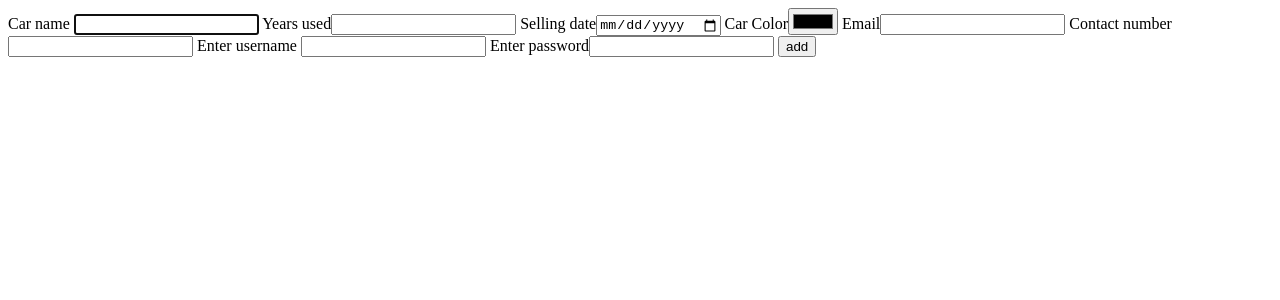
Repository: parthp17/273-Homework1
Page: Homework1/workspace/homework1/WebContent/InputTypes.html
These files come from the project's save history. The page is drawn as it stood at one moment and after a run of saves; the edit follows.
The browser window is 1280 px wide. The pictures show the whole page.

Above is the page before, as saved 2016-09-09 16:13:10.

### Homework1/workspace/homework1/WebContent/InputTypes.html
<html>
<head>

</head>
<body>
<form action="welcome.html">
	Car name
	<input type="text" name="name" id="name" autofocus>
	Years used<input type = "number" name = "yearsUsed" id = "yearsUsed">

	Selling date<input type="date" name="sellingDate" id = "sellingDate">
	 Car Color<input type="color" name="carcolor" id = "carcolor">
	 Email<input type = "email" id = "email">
	 Contact number <input type= "tel" name = "contactnum" id = "contactnum">
	 Enter username <input type = "text" id ="username">
	 Enter password<input type = "password" max="16" min = "8" id = "password">

	<input type="submit" value="add" onclick="f1()" id="b">

</form>
	</table>
</body>
</html>

After the next 2 saves:
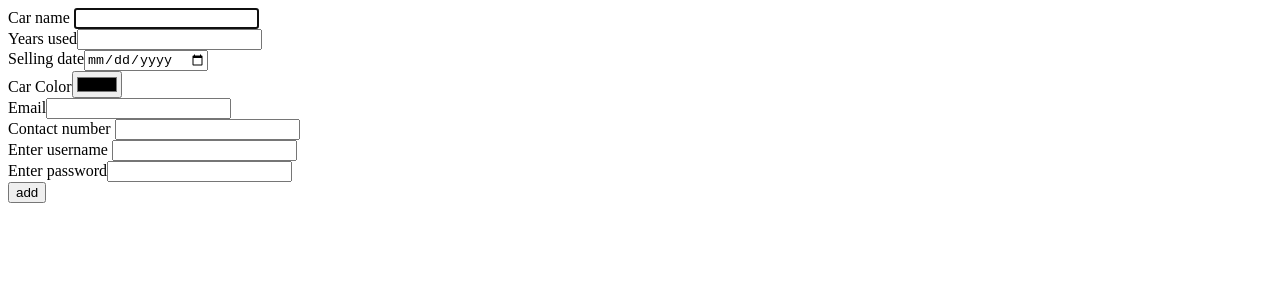
The 2 saves are shown as one change because they came seconds apart.
The last was saved 3 min 10 s later.
--- a/Homework1/workspace/homework1/WebContent/InputTypes.html
+++ b/Homework1/workspace/homework1/WebContent/InputTypes.html
@@ -5,17 +5,17 @@
 <body>
 <form action="welcome.html">
 	Car name
-	<input type="text" name="name" id="name" autofocus>
-	Years used<input type = "number" name = "yearsUsed" id = "yearsUsed">
+	<input type="text" name="name" id="name" autofocus><br>
+	Years used<input type = "number" name = "yearsUsed" id = "yearsUsed"><br>
 
-	Selling date<input type="date" name="sellingDate" id = "sellingDate">
-	 Car Color<input type="color" name="carcolor" id = "carcolor">
-	 Email<input type = "email" id = "email">
-	 Contact number <input type= "tel" name = "contactnum" id = "contactnum">
-	 Enter username <input type = "text" id ="username">
-	 Enter password<input type = "password" max="16" min = "8" id = "password">
+	Selling date<input type="date" name="sellingDate" id = "sellingDate"><br>
+	 Car Color<input type="color" name="carcolor" id = "carcolor"><br>
+	 Email<input type = "email" id = "email"><br>
+	 Contact number <input type= "tel" name = "contactnum" id = "contactnum"><br>
+	 Enter username <input type = "text" id ="username"><br>
+	 Enter password<input type = "password" max="16" min = "8" id = "password"><br>
 
-	<input type="submit" value="add" onclick="f1()" id="b">
+	<input type="submit" value="add" onclick="f1()" id="b"><br>
 
 </form>
 	</table>
